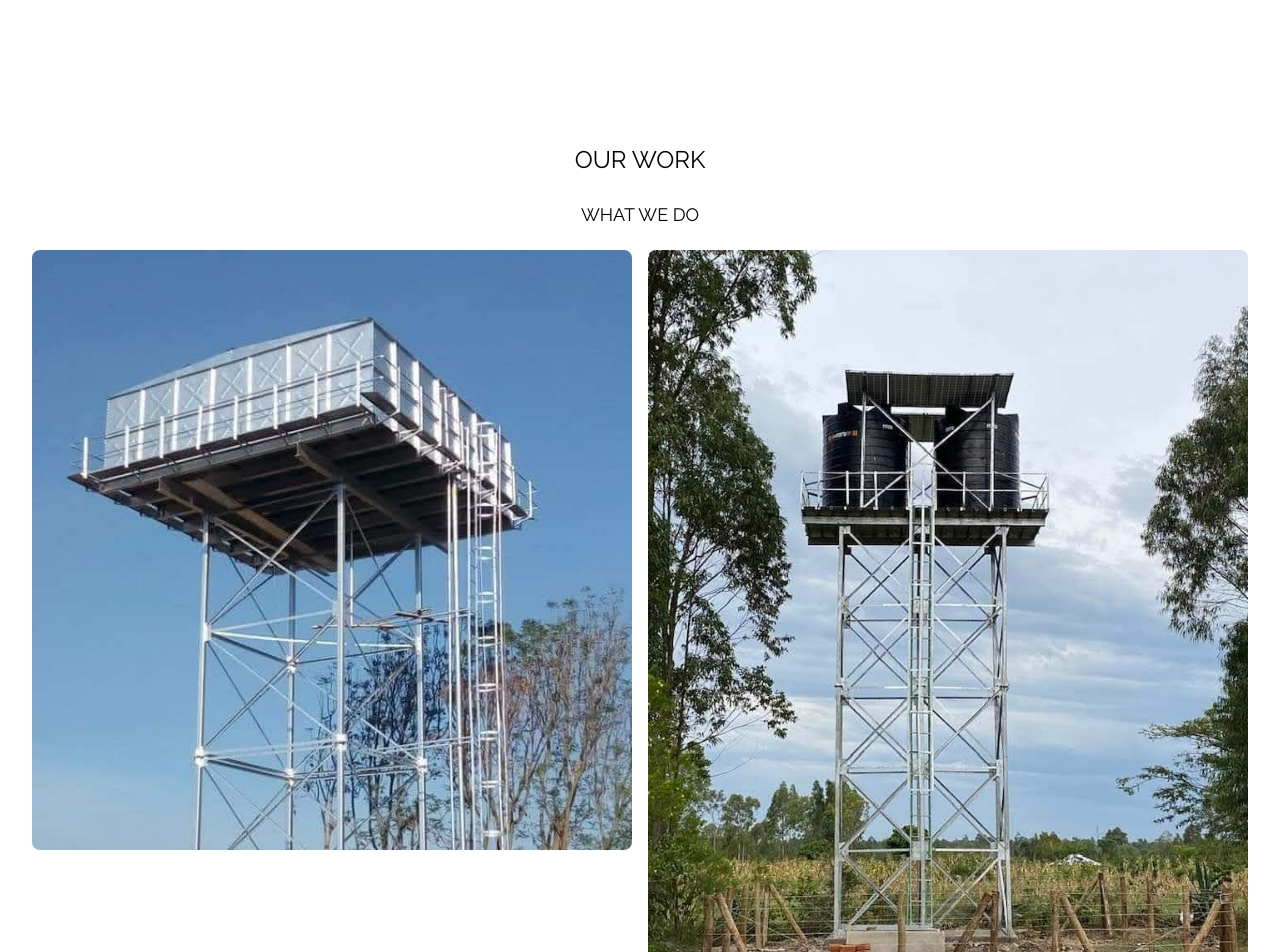
Repository: peterclermy232/LAZCOM
Page: index.html
An editor plug-in stored every save of this project. The page is shown before and after a run of saves, followed by the edit.
The browser window is 1280 px wide. The pictures show the part of the page from y = 3773 to 4725 px (the page is 8134 px tall before and 7618 px after).
A picture or video elsewhere on the page could not be fetched, so the positions and the page height are approximate.

Above is the page before, as saved 2022-06-23 08:41:08.

After the next 2 saves:
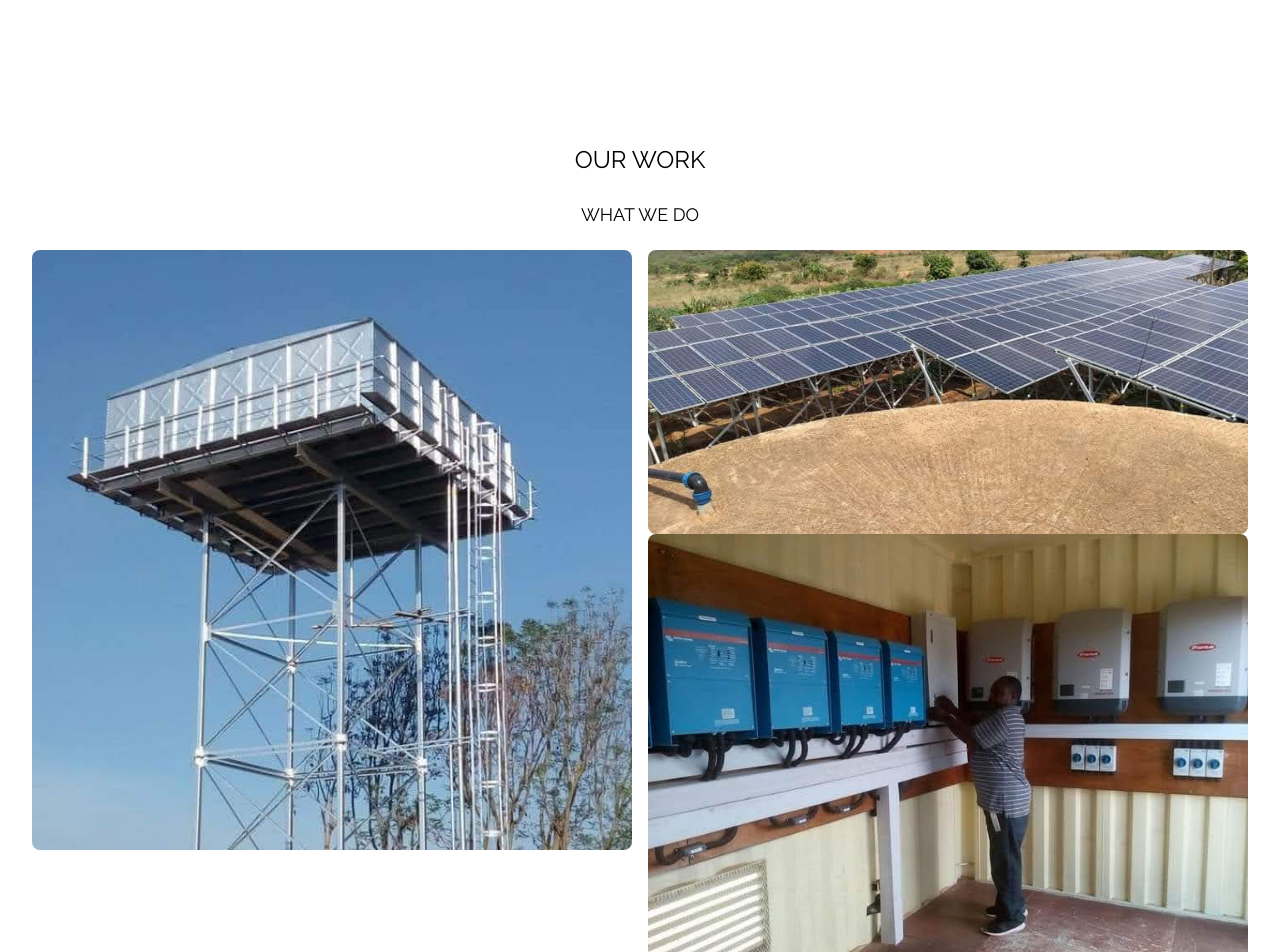
The 2 saves are shown as one change because they came seconds apart.
The last was saved 13 s later.
--- a/index.html
+++ b/index.html
@@ -191,7 +191,7 @@ body, html {
     </div>
     <div class="w3-col m6">
 
-      <img class="w3-image w3-round-large" src="images/tank.jpeg" alt="Buildings" width="700" height="394">
+      <img class="w3-image w3-round-large" src="images/solarstand.jpeg" alt="Buildings" width="700" height="394">
     </div>
     <div class="w3-col m6">
       <img class="w3-image w3-round-large" src="images/person1.jpeg" alt="Buildings" width="700" height="394">
